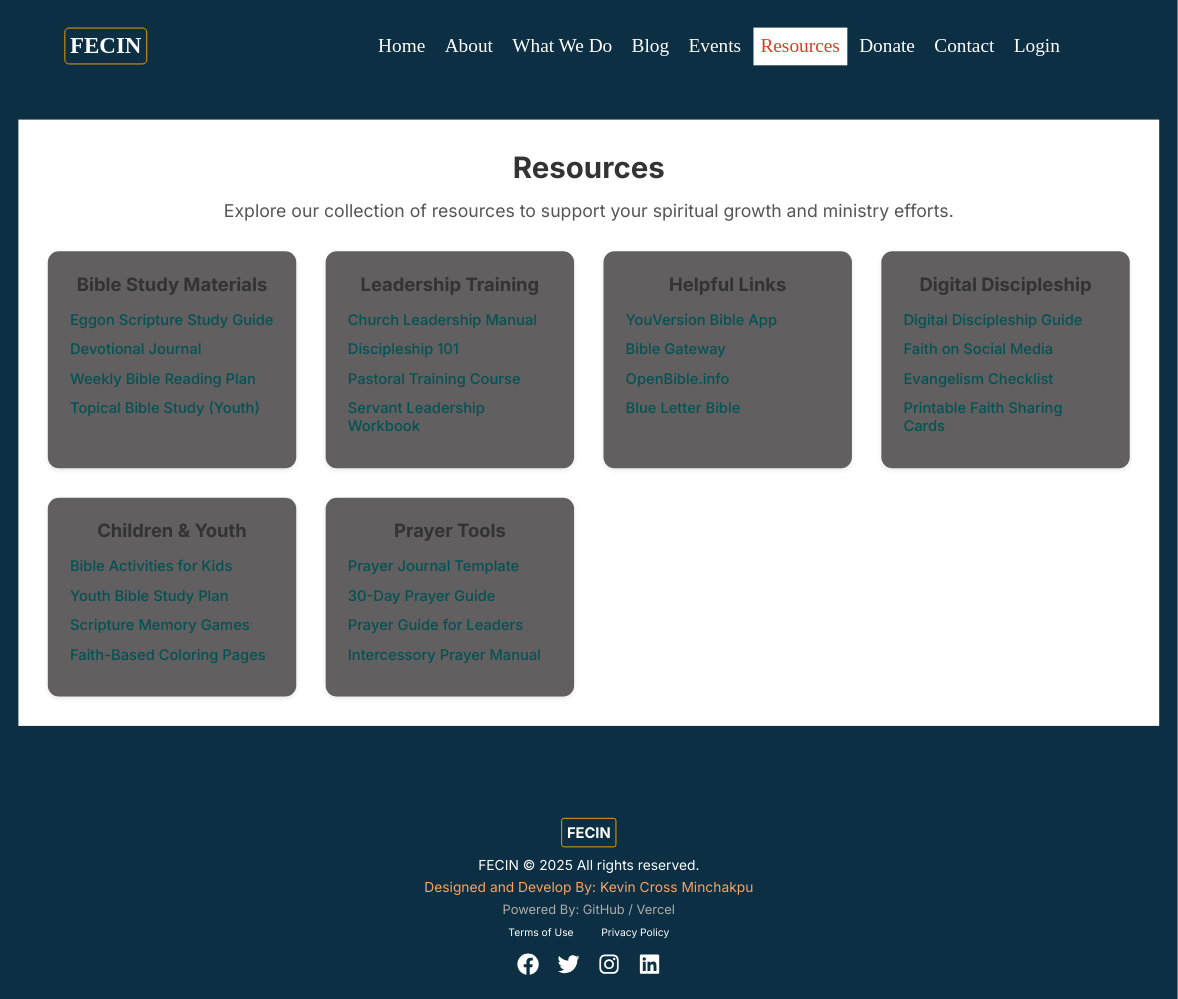
Repository: KCMinchakpu/fecin-projectgs497
Page: /resources
The author's editor kept a copy of each file at every save. The page is drawn from the files as they stood at one save, then again after the next save.
The browser window is 1280 px wide. The pictures show the whole page, at 92% of full size.
The page's requests for data from a server got no answer. The project was rebuilt for these pictures with package versions that can differ from the ones it lists, and the page was loaded fresh each time. Some packages were replaced by stand-ins written for this rebuild. The framework's server and built-in components were replaced by stand-ins that run in the browser. No one was signed in, and anything a server would have sent is missing. Queries for data that is not in the repository find no rows. Also part of the build but not shown: next.config.mjs.

Above is the page before, as saved 2025-04-12 16:05:58.

### src/app/layout.js
"use client";

import { Inter } from "next/font/google";
import "./globals.css";
import Navbar from "@/components/navbar/Navbar";
import Footer from "@/components/footer/Footer";
import { SessionProvider } from "next-auth/react"; // Import SessionProvider

const inter = Inter({ subsets: ["latin"] });

export default function RootLayout({ children }) {
  return (
    <html lang="en">
      <body className={inter.className}>
        <SessionProvider>
          <div className="container">
            <Navbar />
            {children}
            <Footer />
          </div>
        </SessionProvider>
      </body>
    </html>
  );
}

### src/app/resources/page.jsx
import styles from './resources.module.css';

export default function ResourcesPage() {
  return (
    <main className={styles.container}>
      <h1 className={styles.title}>Resources</h1>
      <p className={styles.intro}>
        Explore our collection of resources to support your spiritual growth and ministry efforts.
      </p>

      <div className={styles.grid}>
        {/* Bible Study Materials */}
        <section className={styles.card}>
          <h2>Bible Study Materials</h2>
          <ul className={styles.list}>
            <li><a href="/files/eggonscriptureguide.pdf" download>Eggon Scripture Study Guide</a></li>
            <li><a href="/files/devotionaljournal.pdf" download>Devotional Journal</a></li>
            <li><a href="/files/weeklybiblereadingplan.pdf" download>Weekly Bible Reading Plan</a></li>
            <li><a href="/files/topicalbiblestudy.pdf" download>Topical Bible Study (Youth)</a></li>
          </ul>
        </section>

        {/* Leadership Training */}
        <section className={styles.card}>
          <h2>Leadership Training</h2>
          <ul className={styles.list}>
            <li><a href="/files/leadershipmanual.pdf" download>Church Leadership Manual</a></li>
            <li><a href="/files/discipleship101.pdf" download>Discipleship 101</a></li>
            <li><a href="/files/pastortrainingcourse.pdf" download>Pastoral Training Course</a></li>
            <li><a href="/files/servantleadership.pdf" download>Servant Leadership Workbook</a></li>
          </ul>
        </section>

        {/* Helpful Links */}
        <section className={styles.card}>
          <h2>Helpful Links</h2>
          <ul className={styles.list}>
            <li><a href="https://www.bible.com/" target="_blank" rel="noopener noreferrer">YouVersion Bible App</a></li>
            <li><a href="https://www.biblegateway.com/" target="_blank" rel="noopener noreferrer">Bible Gateway</a></li>
            <li><a href="https://www.openbible.info/" target="_blank" rel="noopener noreferrer">OpenBible.info</a></li>
            <li><a href="https://www.blueletterbible.org/" target="_blank" rel="noopener noreferrer">Blue Letter Bible</a></li>
          </ul>
        </section>

        {/* Digital Discipleship */}
        <section className={styles.card}>
          <h2>Digital Discipleship</h2>
          <ul className={styles.list}>
            <li><a href="/files/digitaldiscipleshipguide.pdf" download>Digital Discipleship Guide</a></li>
            <li><a href="/files/socialmediaforfaith.pdf" download>Faith on Social Media</a></li>
            <li><a href="/files/evangelismchecklist.pdf" download>Evangelism Checklist</a></li>
            <li><a href="/files/faithsharingcards.pdf" download>Printable Faith Sharing Cards</a></li>
          </ul>
        </section>

        {/* Children & Youth */}
        <section className={styles.card}>
          <h2>Children & Youth</h2>
          <ul className={styles.list}>
            <li><a href="/files/bibleactivitiesforkids.pdf" download>Bible Activities for Kids</a></li>
            <li><a href="/files/youthbiblestudyplan.pdf" download>Youth Bible Study Plan</a></li>
            <li><a href="/files/scripturememorization.pdf" download>Scripture Memory Games</a></li>
            <li><a href="/files/faithcoloringpages.pdf" download>Faith-Based Coloring Pages</a></li>
          </ul>
        </section>

        {/* Prayer Tools */}
        <section className={styles.card}>
          <h2>Prayer Tools</h2>
          <ul className={styles.list}>
            <li><a href="/files/prayerjournaltemplate.pdf" download>Prayer Journal Template</a></li>
            <li><a href="/files/30dayprayerguide.pdf" download>30-Day Prayer Guide</a></li>
            <li><a href="/files/prayerforleaders.pdf" download>Prayer Guide for Leaders</a></li>
            <li><a href="/files/intercessoryprayermanual.pdf" download>Intercessory Prayer Manual</a></li>
          </ul>
        </section>
      </div>
    </main>
  );
}

### src/app/admin/users/[userId]/role/route.js
import dbConnect from '@/lib/dbConnect';
import User from '@/models/User';

export async function PATCH(req, { params }) {
  try {
    const { role } = await req.json();
    const { userId } = params;

    if (!role) {
      return new Response('Role is required', { status: 400 });
    }

    await dbConnect();

    const updatedUser = await User.findByIdAndUpdate(
      userId,
      { role },
      { new: true }
    );

    if (!updatedUser) {
      return new Response('User not found', { status: 404 });
    }

    return new Response('User role updated successfully', { status: 200 });
  } catch (error) {
    console.error('Error updating user role:', error);
    return new Response('Something went wrong', { status: 500 });
  }
}
// This code handles the PATCH request to update a user's role in the database.

### src/app/admin/users/route.js
import dbConnect from '@/lib/dbConnect';
import User from '@/models/User';

export async function GET() {
  try {
    await dbConnect();
    const users = await User.find();
    return new Response(JSON.stringify(users), { status: 200 });
  } catch (error) {
    console.error('Error fetching users:', error);
    return new Response('Something went wrong', { status: 500 });
  }
}

### src/app/globals.css
:root {
    --bg: #0c2f43;
    --text: white;
    --bgSoft: #091f2c;
    --textSoft: rgb(237, 232, 232);
    --btn: #de3c21;
    --bgWhite: white;
    --textGray: #444444;
}

/* Box sizing rules */
* {
    box-sizing: border-box;
    margin:0;
    padding: 0;
  }

/* Set core body defaults */
body {
    background-color: var(--bgWhite);
    color: var(--text);
  }

a {
    color: inherit;
    text-decoration: none;
}

.container {
  background-color: var(--bg);
  width: 100%; /* Default for small screens */
  margin: auto;
  padding-left: 20px;
  padding-right: 20px;
  min-height: 120vh;
  display: flex;
  flex-direction: column;
  justify-content: space-between;
}

.callnana {
    background-color: var(--bgWhite);
    color: var(--textGray);
    padding: 20px;
    border-radius: 8px;
    box-shadow: 0 4px 8px rgba(0, 0, 0, 0.1);
    margin-bottom: 20px;
    width: 400px;
    height: 200px;
    align-items: center;
    justify-items: center;
}

### src/components/navbar/Navbar.jsx
import React from 'react';
import Link from 'next/link';
import Links from "./links/Links";
import styles from "./navbar.module.css";

const Navbar = () => {
  return (
    <div className={styles.container}>
      <Link href="/" className={styles.logo}>FECIN</Link>
      <div>
        <Links />
      </div>
    </div>
  );
};

export default Navbar;

### src/components/footer/Footer.jsx
import React from 'react';
import styles from './footer.module.css';
import { FaFacebook, FaTwitter, FaInstagram, FaLinkedin } from 'react-icons/fa';

const Footer = () => {
  return (
    <div className={styles.container}>
      <div className={styles.logo}>
        {/* You can add a logo image here if needed */}
        <h2>FECIN</h2>
      </div>
      <div>
        <p className={styles.text}>FECIN © 2025 All rights reserved.</p>
        <p className={styles.author}>
          <a href="https://www.linkedin.com/in/kevin-cross-minchakpu-7897379a" target="_blank">Designed and Develop By: Kevin Cross Minchakpu</a>
          </p>
        <p className={styles.company}>
          <a href="https://octatesystems.github.io/OSNigeria/">Powered By: GitHub / Vercel</a>
          </p>
      </div>
      <div className={styles.links}>
        <a href="/terms" className={styles.link}>Terms of Use</a>
        <a href="/privacy" className={styles.link}>Privacy Policy</a>
      </div>
      <div className={styles.socialIcons}>
        <a href="https://facebook.com" target="_blank" rel="noopener noreferrer" className={styles.icon}>
          <FaFacebook />
        </a>
        <a href="https://twitter.com" target="_blank" rel="noopener noreferrer" className={styles.icon}>
          <FaTwitter />
        </a>
        <a href="https://instagram.com" target="_blank" rel="noopener noreferrer" className={styles.icon}>
          <FaInstagram />
        </a>
        <a href="https://linkedin.com" target="_blank" rel="noopener noreferrer" className={styles.icon}>
          <FaLinkedin />
        </a>
      </div>
    </div>
  );
};

export default Footer;

### src/app/resources/resources.module.css
.container {
    padding: 2rem;
  width: 100%;
    margin: 0 auto;
    background-color: #fff;
    margin-top: 30px;
    margin-bottom: 80px;
  }

  .title {
    font-size: 2rem;
    font-weight: bold;
    text-align: center;
    margin-bottom: 1rem;
    color: #333;
  }

  .intro {
    text-align: center;
    font-size: 1.2rem;
    margin-bottom: 2rem;
    color: #555;
  }

  .grid {
    display: grid;
    grid-template-columns: repeat(auto-fit, minmax(250px, 1fr));
    gap: 2rem;
  }

  .card {
    background: #615f5f;
    padding: 1.5rem;
    border-radius: 12px;
    box-shadow: 0 2px 6px rgba(0, 0, 0, 0.1);
  }

  .card h2 {
    font-size: 1.25rem;
    color: #333;
    margin-bottom: 1rem;
    text-align: center;
  }

  .list {
    list-style: none;
    padding: 0;
    margin: 0;
  }

  .list li {
    margin-bottom: 0.75rem;
  }

  .list a {
    color: #035355;
    text-decoration: none;
    font-weight: 500;
  }

  .list a:hover {
    text-decoration: underline;
  }

### src/components/navbar/links/Links.jsx
"use client";

import React, { useState } from "react";
import { useSession } from "next-auth/react";
import Image from 'next/image';
import NavLink from "../navLink/NavLink";
import styles from "./links.module.css";

const links = [
  { title: "Home", path: "/" },
  { title: "About", path: "/about" },
  { title: "What We Do", path: "/whatwedo" },
  { title: "Blog", path: "/blog" },
  { title: "Events", path: "/upcoming-events" },
  { title: "Resources", path: "/resources" },
  { title: "Donate", path: "/donate" },
    { title: "Contact", path: "/contact" },
  ];

const Links = () => {
  const [open, setOpen] = useState(false);
  const { data: session, status } = useSession();

  const isAdmin = session?.user?.role === "admin";

  return (
    <div className={styles.container}>
      <div className={styles.links}>
        {links.map((link) => (
          <NavLink item={link} key={link.title} />
        ))}

        {!session && status !== "loading" && (
          <NavLink item={{ title: "Login", path: "/login" }} />
        )}

        {session && isAdmin && (
          <NavLink item={{ title: "Admin", path: "/admin" }} />
        )}

        {session && (
          <form method="post" action="/api/auth/signout">
            <button className={styles.logout}>Logout</button>
          </form>
        )}
      </div>

      <Image
        className={styles.menuButton}
        src="/menu.png"
        alt="Hamburger menu"
        width={30}
        height={30}
        onClick={() => setOpen((prev) => !prev)}
      />

      {open && (
        <div className={styles.mobileLinks}>
          {links.map((link) => (
            <NavLink item={link} key={link.title} />
          ))}
        </div>
      )}
    </div>
  );
};

export default Links;

### src/components/navbar/navbar.module.css
.container {
    height: 100px;
    display: flex;
    align-items: center;
    justify-content: space-between;
}

.logo {
    font-size: 25px;
    font-weight: bold;
    font-family: "Play", serif;
    font-weight: 700;
    font-style: normal;
    border: 1.5px solid orange;
    padding: 5px;
    border-radius: 5px;
    margin-left: 50px;
}

### src/components/footer/footer.module.css
/* Footer Container */
.container {
    background-color: var(--bg);
    color: white;
    display: flex;
    flex-direction: column;
    align-items: center;
    justify-content: space-between;
    padding: 20px;
    text-align: center;
  }

  .logo h2 {
    font-size: 1rem;
    margin-bottom: 10px;
    border: 1px solid orange;
    padding: 5px;
    border-radius: 3px;
  }

  .text {
    margin-bottom: 5px;
    font-size: 15px;

  }
  .author {
    margin-bottom: 5px;
    font-size: 15px;
    color: rgb(250, 162, 99);
  }

  .company {
    margin-bottom: 5px;
    font-size: 14px;
    color: rgb(174, 172, 170);
  }

  .author:hover {
    text-decoration: underline;
  }

  .company:hover {
    text-decoration: underline;
  }

  .links {
    margin-bottom: 15px;
  }

  .link {
    color: white;
    margin: 0 15px;
    text-decoration: none;
    font-size: 0.7rem;
  }

  .link:hover {
    text-decoration: underline;
  }

  .socialIcons {
    display: flex;
    justify-content: center;
    gap: 20px;
  }

  .icon {
    font-size: 1.5rem;
    color: white;
    transition: color 0.3s ease;
  }

  .icon:hover {
    color: #0070f3;
  }


  @media (min-width: 768px) {
    .container {
      flex-direction: column;
      align-items: center;
      justify-content: space-around;
    }
  }

### src/components/navbar/navLink/navLink.jsx
"use client";

import React from "react";
import Link from "next/link";
import { usePathname } from "next/navigation";
import styles from "./navLink.module.css";

const NavLink = ({ item }) => {
  const pathName = usePathname();
  return (
    <Link
      href={item.path}
      className={`${styles.container} ${
        pathName === item.path ? styles.active : ""
      }`}
    >
      {item.title}
    </Link>
  );
};

export default NavLink;

### src/components/navbar/links/links.module.css
.links {
    display: flex;
    align-items: center;
    gap: 5px;
    font-family: "Play", serif;
    font-style: normal;
    margin-right: 100px;
    font-size: 21px;
}

.logout {
    padding: 5px;
    cursor: pointer;
    font-weight: bold;
    font-size: 15px;
}

.menuButton,
.mobileLinks {
   display: none;
  }

  @media (max-width: 480px){
    .links {
        display: none;
    }

    .menuButton {
        display: block;
        cursor: pointer;
      }

    .mobileLinks {
        position: absolute;
        top: 100px;
        right: 0;
        width: 50%;
        height: calc(100vh-100px);
        /*background-color: var(--bg);*/
       background-color: brown;
        display: flex;
        flex-direction: column;
        align-items: center;
        justify-content: center;
        gap: 10px;
      }
  }

### src/components/navbar/navLink/navLink.module.css
.container {
    padding: 8px;
    text-align: center;


}

.active {
    background-color: var(--text);
    color: var(--btn);
}

After the next save:
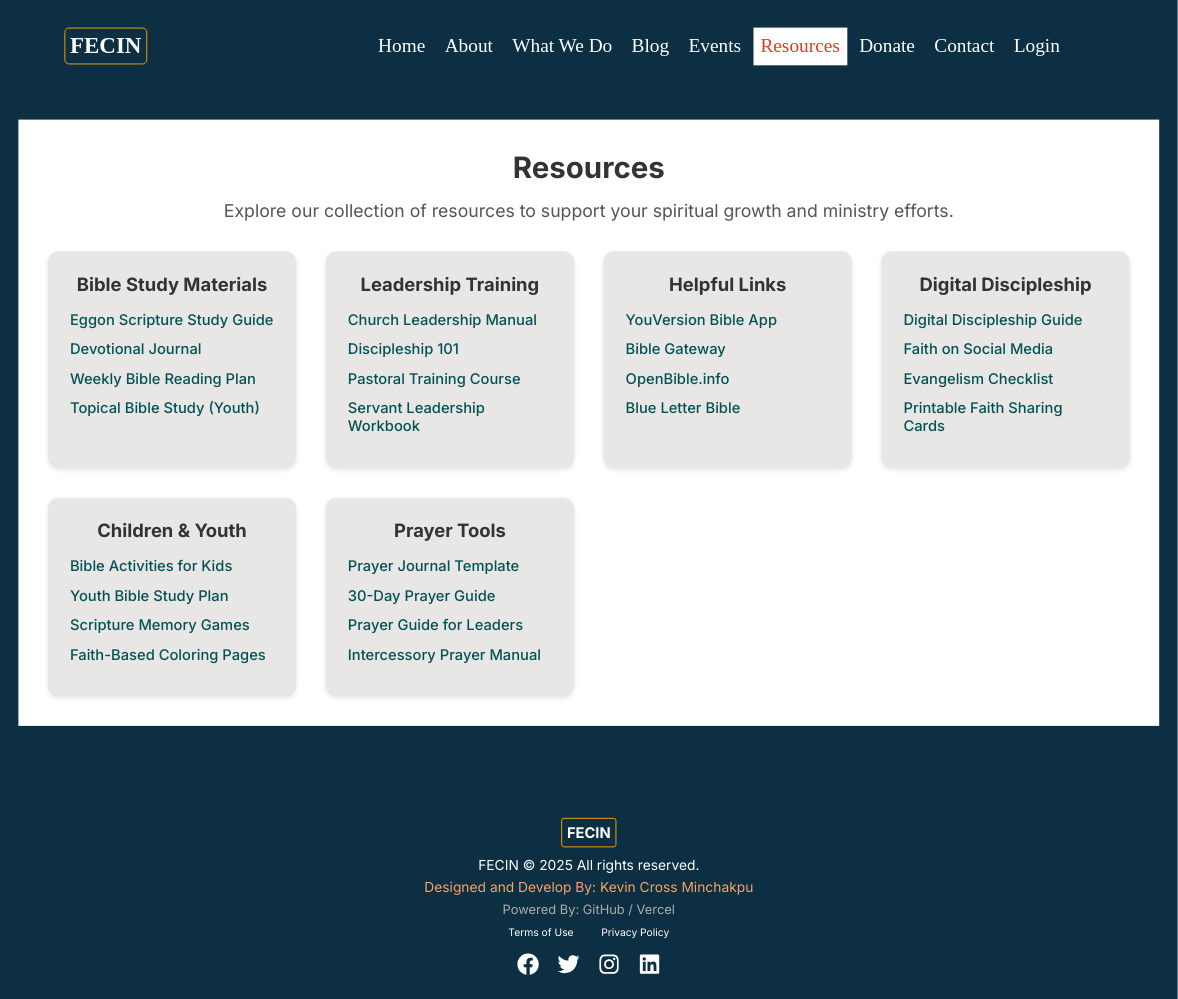
Saved 16 s later.
--- a/src/app/resources/resources.module.css
+++ b/src/app/resources/resources.module.css
@@ -29,7 +29,7 @@
   }
 
   .card {
-    background: #615f5f;
+    background: #e9e6e6;
     padding: 1.5rem;
     border-radius: 12px;
     box-shadow: 0 2px 6px rgba(0, 0, 0, 0.1);
